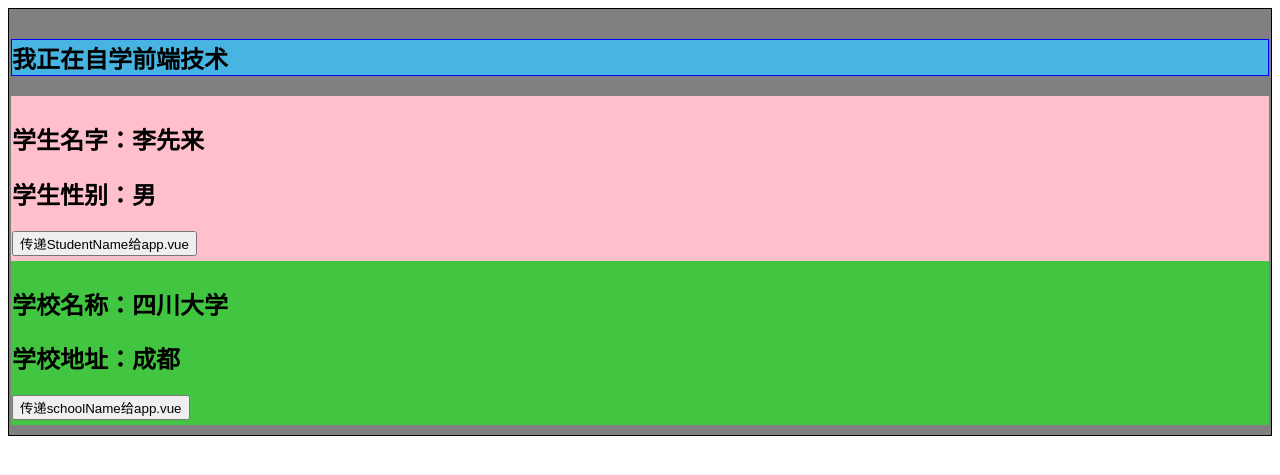
Repository: Lixianlai-2/The-journey-of-learning-Vue
Page: / (app in afterVueCli/Vue_Test/)
These files come from the project's save history. The page is drawn as it stood at one moment and after the next save; the edit follows.
The browser window is 1280 px wide. The pictures show the whole page.
The project was rebuilt for these pictures with package versions that can differ from the ones it lists, and the page was loaded fresh each time.

Above is the page before, as saved 2022-04-24 10:28:17.

After the next save:
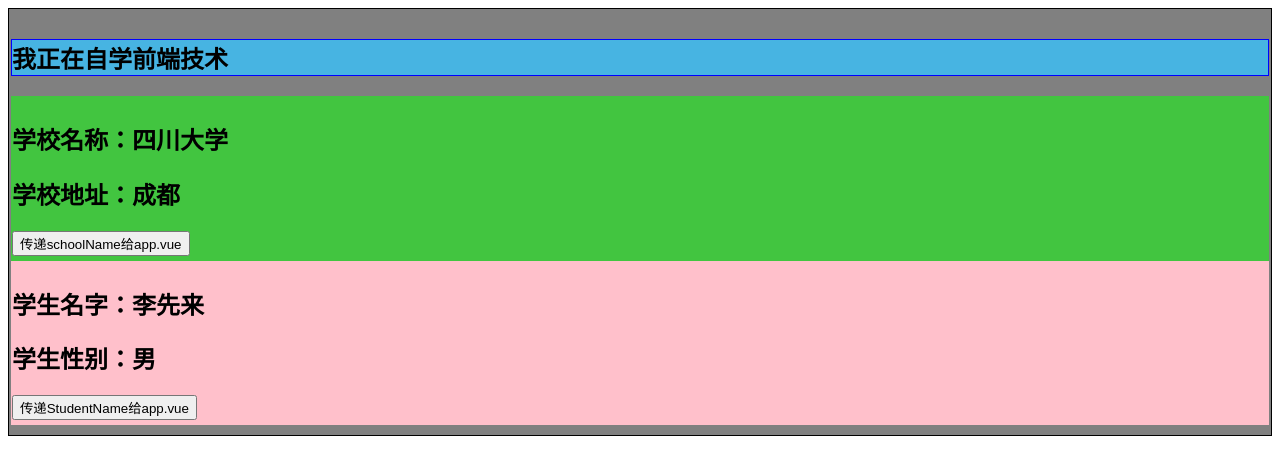
Saved 18 min 37 s later.
--- a/afterVueCli/Vue_Test/src/App.vue
+++ b/afterVueCli/Vue_Test/src/App.vue
@@ -1,9 +1,13 @@
 <template>
   <div id="app">
     <h2 class="hello">{{ msg }}</h2>
+    <school :getSchoolName="getSchoolName" />
+
     <!-- 在student组件的实例对象上创造一个自定义事件userDefineEvent -->
-    <student @userDefineEvent="getStudentName" />
-    <school :getSchoolName="getSchoolName" />
+    <!-- <student @userDefineEvent="getStudentName" /> -->
+
+    <!-- 用refs来操作自定义组件 -->
+    <student ref="student" />
   </div>
 </template>
 
